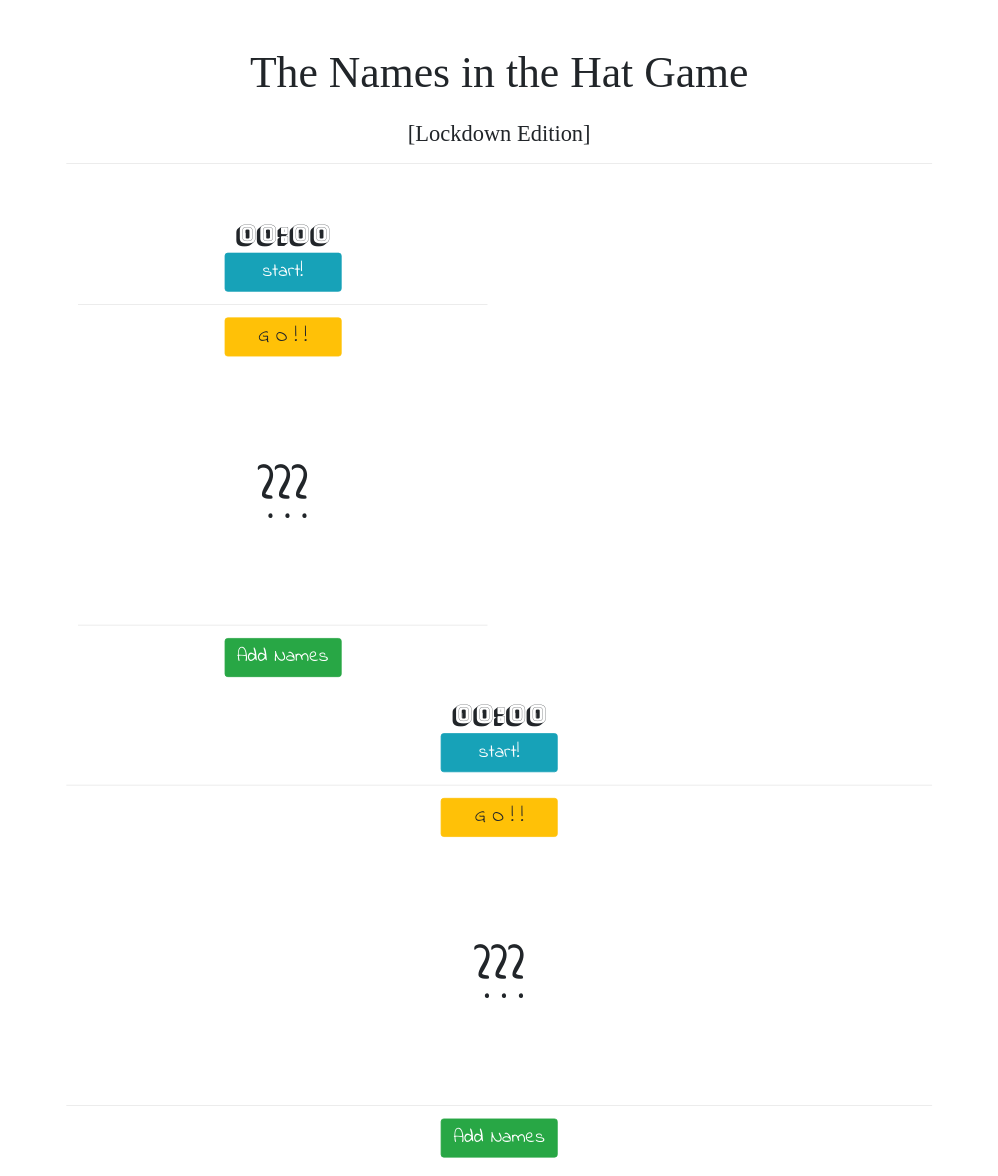
Repository: TaylorD1982/randomizer
Page: index.html
The author's editor kept a record of every edit. The page is drawn from the files as they stood at one moment, then again after the next edit.
The browser window is 1280 px wide. The pictures show the whole page, at 78% of full size.
Some web fonts or font styles are not loaded; a fallback is used. Some web libraries are served in a nearby version.

Above is the page before.
Console error: TypeError: Cannot read properties of null (reading 'addEventListener')

### index.html
<!DOCTYPE html>
<html lang="en">

<head>
    <meta charset="UTF-8">
    <meta name="viewport" content="width=device-width, initial-scale=1.0">
    <meta http-equiv="X-UA-Compatible" content="ie=edge">
    <title>The Names in the Hat Game</title>
    <link rel="icon" href="images/markk.png">
    <link href="https://fonts.googleapis.com/css2?family=Indie+Flower&display=swap" rel="stylesheet">
    <link href="https://fonts.googleapis.com/css2?family=Frijole&display=swap" rel="stylesheet">
    <link href="https://fonts.googleapis.com/css2?family=Bungee+Shade&display=swap" rel="stylesheet">
    <link rel="stylesheet" href="https://maxcdn.bootstrapcdn.com/bootstrap/4.0.0/css/bootstrap.min.css" integrity="sha384-Gn5384xqQ1aoWXA+058RXPxPg6fy4IWvTNh0E263XmFcJlSAwiGgFAW/dAiS6JXm" crossorigin="anonymous">
    <link rel="stylesheet" href="style.css">
</head>

<body>
    <div class="container">
        <div class="row app">
            <div class="col">
                <div>
                    <P class="title">The Names in the Hat Game</P>
                    <P class="lock">[Lockdown Edition]</P>
                </div>
                <hr>

                <div class="container">
                    <div class="row app">
                        <div class="col-6">



                            <div class="clock"><span class="timer-view">00:00</span></div>
                            <button class="start btn btn btn-info">start!</button>
                            <hr>
                            <button id="Button" type="button" class="btn btn-warning">
                      G O ! !
                </button>
                            <br>
                            <br>
                            <br>
                            <div id="Answer" class="result">
                                ???
                            </div>
                            <hr>
                            <a href="submit.html" class="btn btn-success">
                      Add Names
                </a>
                            <br>
                            <br>
                        </div>
                    </div>
                </div>

                <div class="clock"><span class="timer-view">00:00</span></div>
                <button class="start btn btn btn-info">start!</button>
                <hr>
                <button id="Button" type="button" class="btn btn-warning">
                      G O ! !
                </button>
                <br>
                <br>
                <br>
                <div id="Answer" class="result">
                    ???
                </div>
                <hr>
                <a href="submit.html" class="btn btn-success">
                      Add Names
                </a>
                <br>
                <br>
            </div>
        </div>
    </div>
</body>
<script>
    // myArray initial content, as a global variable :
    var myArray = [
        'Al Hutchison',
        'Craig Bingham',
        'David Taylor',
        'Juliet',
        'Will',
        'Laura',
        'Lindsey',
        'Tom Hanks',
        'Struan',
        'Jim Jeffries',
        'Max',
        'Kathryn',
        'The Rock',
        'Jesus',
        'James Bond',
        'Sean Duffy',
        'Michael Jordan',
        'Bilbo Baggins',
    ];

    // the event handler, randomly emptying myArray one at a time :
    document.getElementById("Button").onclick = function() {
        // check for an empty array :
        if (myArray.length > 0) {
            var optionsE = Math.floor(Math.random() * myArray.length);
            var removedE = myArray.splice(optionsE, 1);
            document.getElementById("Answer").innerHTML = removedE[0];
        }
        else {
            alert("GAME OVER!");
            window.location.href = 'index.html';
        }
    }
</script>

<script>
    const timeView = document.querySelector('.timer-view');
    const start = document.querySelector('.start');
    const moreTime = document.querySelector('.add');
    const reset = document.querySelector('.reset');

    start.addEventListener('click', function() {
        Countdown(60);
    });

    moreTime.addEventListener('click', function() {
        AddTime(5);
    });

    reset.addEventListener('click', function() {
        timeView.textContent = '00:00';
        clearTimeout(stopTime);
    });


    function Countdown(seconds) {
        this.sec = seconds;
        this.mins = seconds > 60 ? seconds / 60 : 0;

        tick();

        function tick() {
            if (this.sec > 60) {
                this.current_minutes = mins - 1;
            }
            this.sec--;
            timeView.textContent = (!this.mins ? '00' : this.current_minutes.toString()) + ':' + (this.sec < 10 ? '0' : '') + String(this.sec);
            if (this.sec > 0) {
                stopTime = setTimeout(tick, 1000);
            }
            else {
                if (this.mins > 1) {
                    countdown(this.mins - 1);
                }
            }
        }
    }

    function AddTime(seconds) {
        clearTimeout(stopTime);
        Countdown.call(this.sec, seconds);
        sec = this.sec + seconds;
    }
</script>

<script src="https://code.jquery.com/jquery-3.2.1.slim.min.js" integrity="sha384-KJ3o2DKtIkvYIK3UENzmM7KCkRr/rE9/Qpg6aAZGJwFDMVNA/GpGFF93hXpG5KkN" crossorigin="anonymous"></script>
<script src="https://cdnjs.cloudflare.com/ajax/libs/popper.js/1.12.9/umd/popper.min.js" integrity="sha384-ApNbgh9B+Y1QKtv3Rn7W3mgPxhU9K/ScQsAP7hUibX39j7fakFPskvXusvfa0b4Q" crossorigin="anonymous"></script>
<script src="https://maxcdn.bootstrapcdn.com/bootstrap/4.0.0/js/bootstrap.min.js" integrity="sha384-JZR6Spejh4U02d8jOt6vLEHfe/JQGiRRSQQxSfFWpi1MquVdAyjUar5+76PVCmYl" crossorigin="anonymous"></script>

</html>

### style.css
.app {
    padding-top: 50px;
    text-align: center;
}

.app2 {
    padding-top: 50px;
    text-align: center;
    padding-left: 100px;
    padding-right: 100px;
}

.result {
    padding-top: 80px;
    padding-bottom: 80px;
    font-family: 'Indie Flower', cursive;
    font-size: 5em;
}

.btn {
    width: 150px;
    font-family: 'Indie Flower', cursive;
    font-size: 1.5em;
}

.title {
    font-family: 'Frijole', cursive;
    font-size: 3.5em;
}

@media only screen and (max-width: 600px) {
.title {
    font-size: 2em;
}}

@media only screen and (max-width: 600px) {
.result {
    font-size: 3em;
}}

.lock {
    font-family: 'Frijole', cursive;
    font-size: 1.8em;
}

@media only screen and (max-width: 600px) {
.lock {
    font-family: 'Frijole', cursive;
    font-size: 1.2em;
}}

.app3 {
    padding-top: 50px;
    text-align: center;
    padding-left: 100px;
    padding-right: 100px;
}

@media only screen and (max-width: 600px) {
.app3 {
    padding-top: 50px;
    text-align: center;
    padding-left: 10px;
    padding-right: 10px;
}}

.clock {
    font-family: 'Bungee Shade', cursive;
    font-size: 2em;
}

.timer {
    text-align: right;
}

.button1 {
    text-align: left;
}

After the next edit:
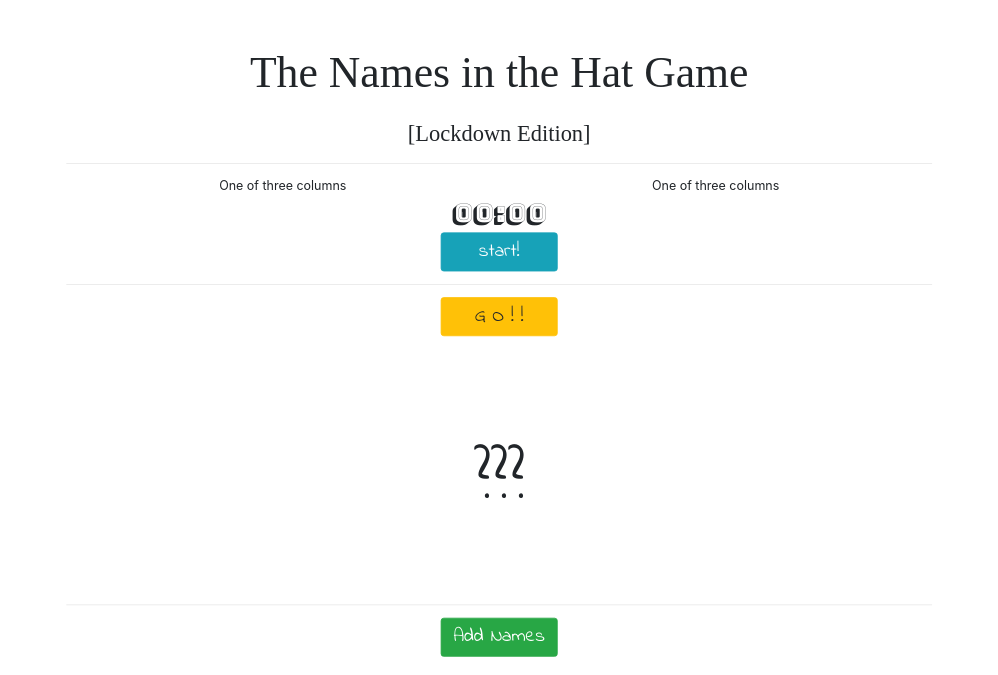
The edit:
--- a/index.html
+++ b/index.html
@@ -25,29 +25,12 @@
                 <hr>
 
                 <div class="container">
-                    <div class="row app">
-                        <div class="col-6">
-
-
-
-                            <div class="clock"><span class="timer-view">00:00</span></div>
-                            <button class="start btn btn btn-info">start!</button>
-                            <hr>
-                            <button id="Button" type="button" class="btn btn-warning">
-                      G O ! !
-                </button>
-                            <br>
-                            <br>
-                            <br>
-                            <div id="Answer" class="result">
-                                ???
-                            </div>
-                            <hr>
-                            <a href="submit.html" class="btn btn-success">
-                      Add Names
-                </a>
-                            <br>
-                            <br>
+                    <div class="row">
+                        <div class="col-sm">
+                            One of three columns
+                        </div>
+                        <div class="col-sm">
+                            One of three columns
                         </div>
                     </div>
                 </div>
